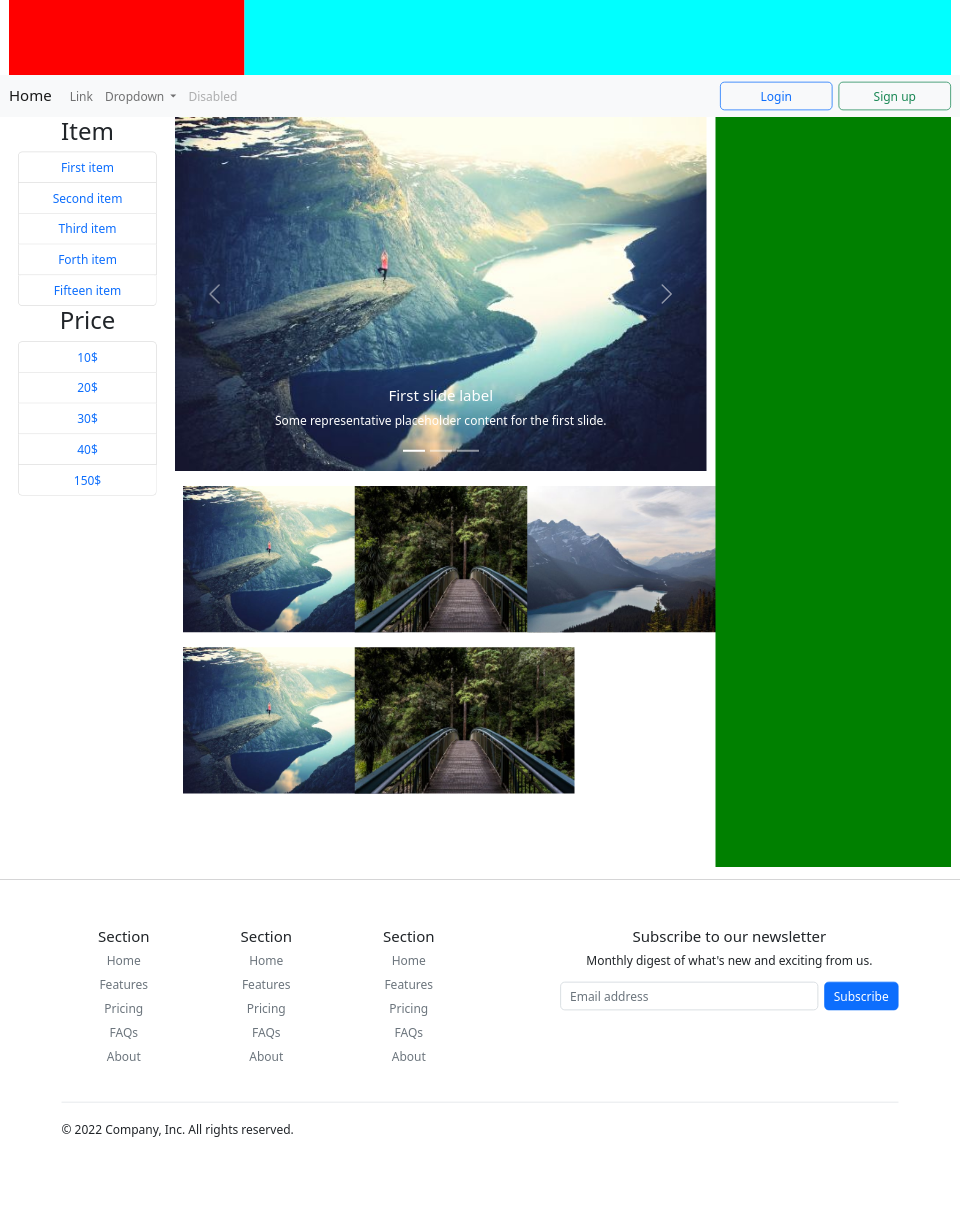
Repository: nguyenhung50497/MD2_bootstrap
Page: BT_giaoDienWeb/index.html
These files come from the project's save history. The page is drawn as it stood at one moment and after the next save; the edit follows.
The browser window is 1280 px wide. The pictures show the whole page, at 75% of full size.

Above is the page before, as saved 2022-11-30 15:48:25.

After the next save:
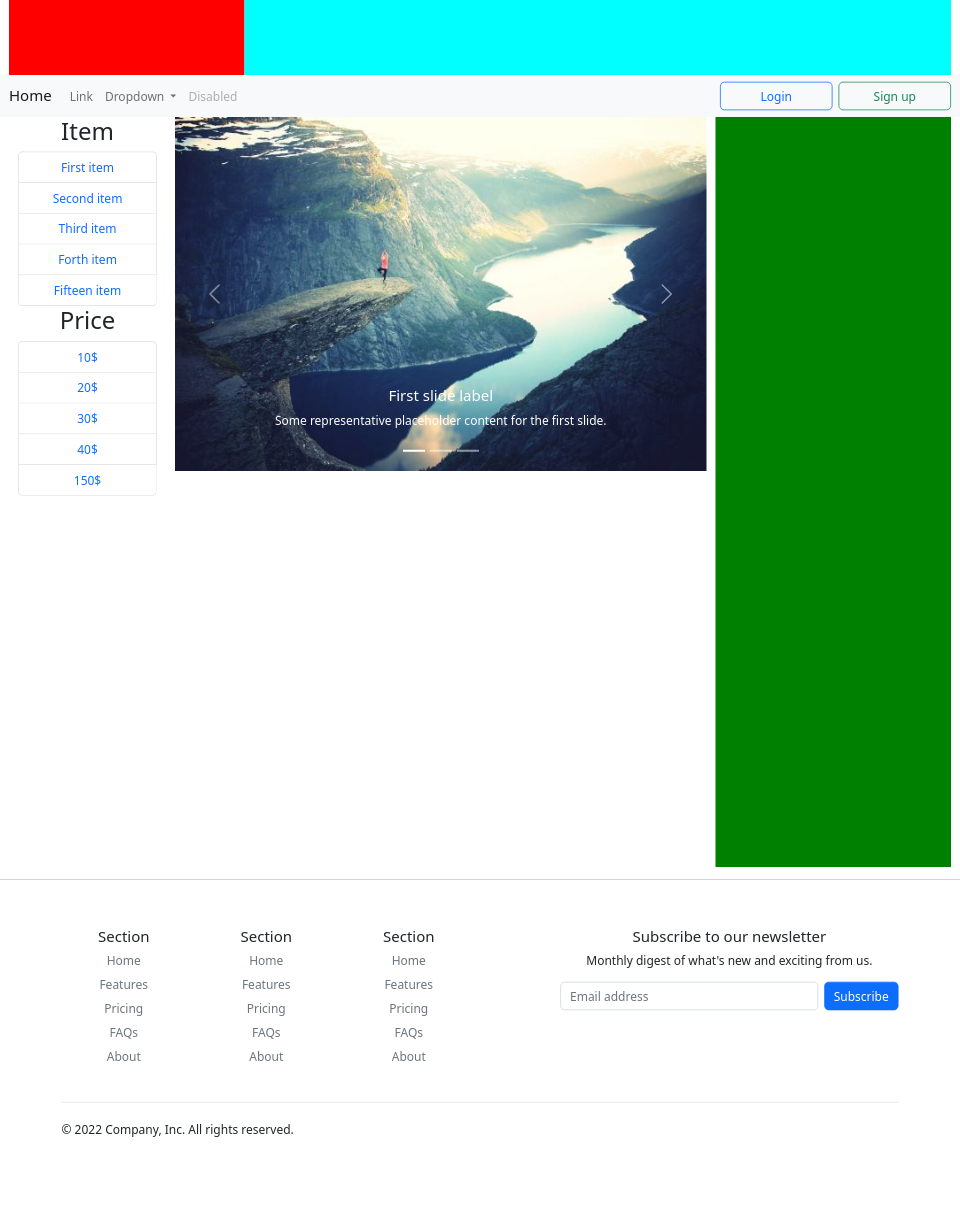
Saved 19 s later.
--- a/BT_giaoDienWeb/index.html
+++ b/BT_giaoDienWeb/index.html
@@ -136,11 +136,7 @@
                 </button>
             </div>
             <div class="container-fluid row contentImg">
-                <div class="col-lg-4"><a href=""><img src="anh1.jpg" alt=""></a></div>
-                <div class="col-lg-4"><a href=""><img src="anh2.jpg" alt=""></a></div>
-                <div class="col-lg-4"><a href=""><img src="anh3.jpg" alt=""></a></div>
-                <div class="col-lg-4"><a href=""><img src="anh1.jpg" alt=""></a></div>
-                <div class="col-lg-4"><a href=""><img src="anh2.jpg" alt=""></a></div>
+
             </div>
         </section>
         <aside class="col-lg-3 right"></aside>
